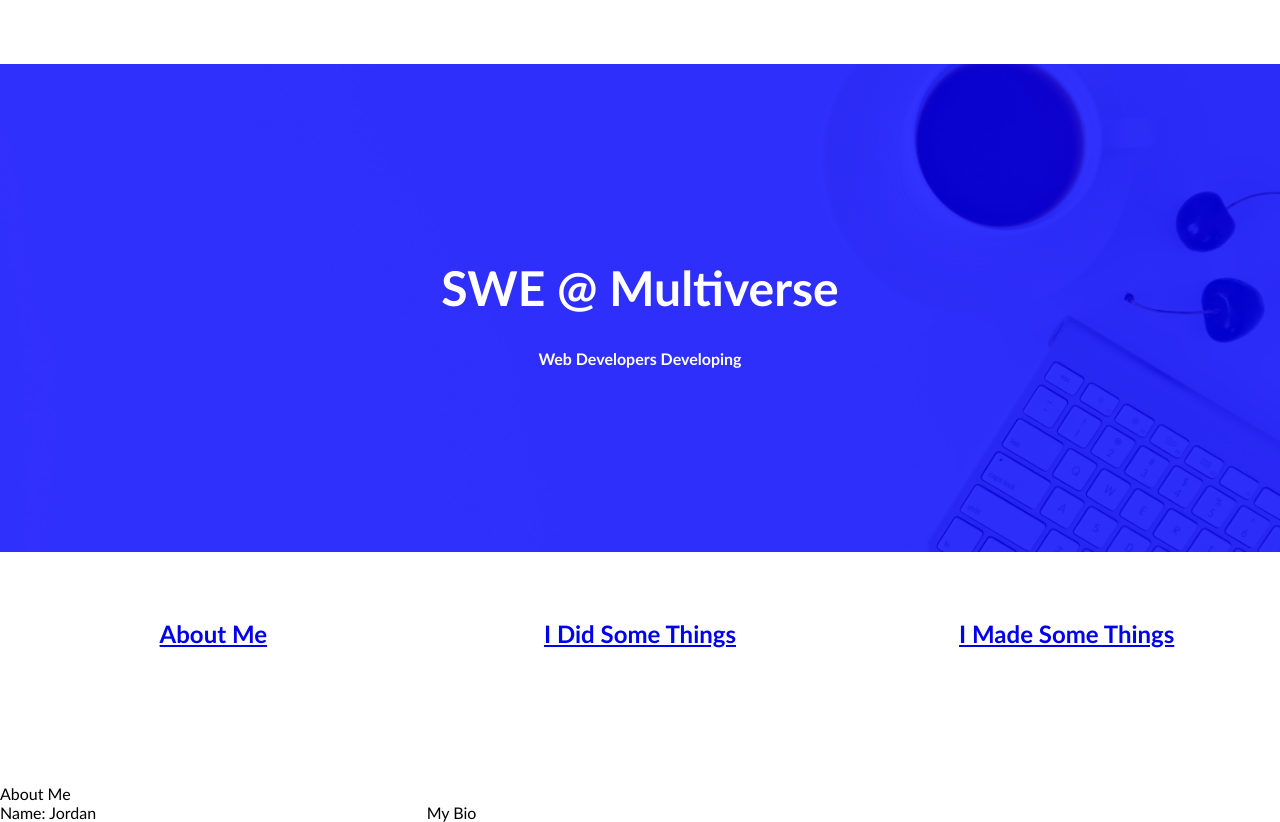
Repository: Scoofster/SWE-Flying-start-bio-website
Page: public/index.html
These files come from the project's save history. The page is drawn as it stood at one moment and after the next save; the edit follows.
The browser window is 1280 px wide. The pictures show the whole page.

Above is the page before, as saved 2022-06-16 14:06:01.

After the next save:
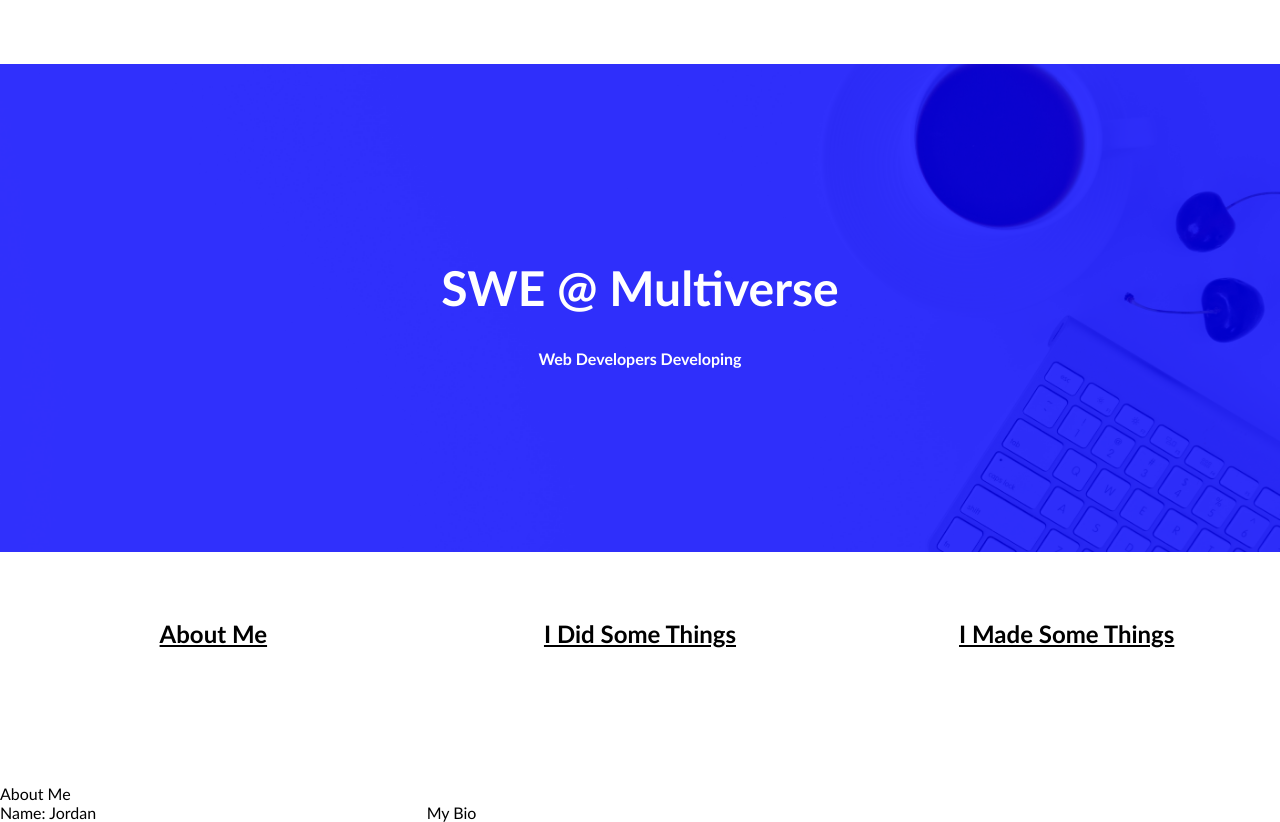
Saved 10 s later.
--- a/public/index.css
+++ b/public/index.css
@@ -51,7 +51,7 @@
     justify-content: center;
 }
 
-.nav-link > a {
+.nav-link a {
     color: black;
 }
   #personal-info {
